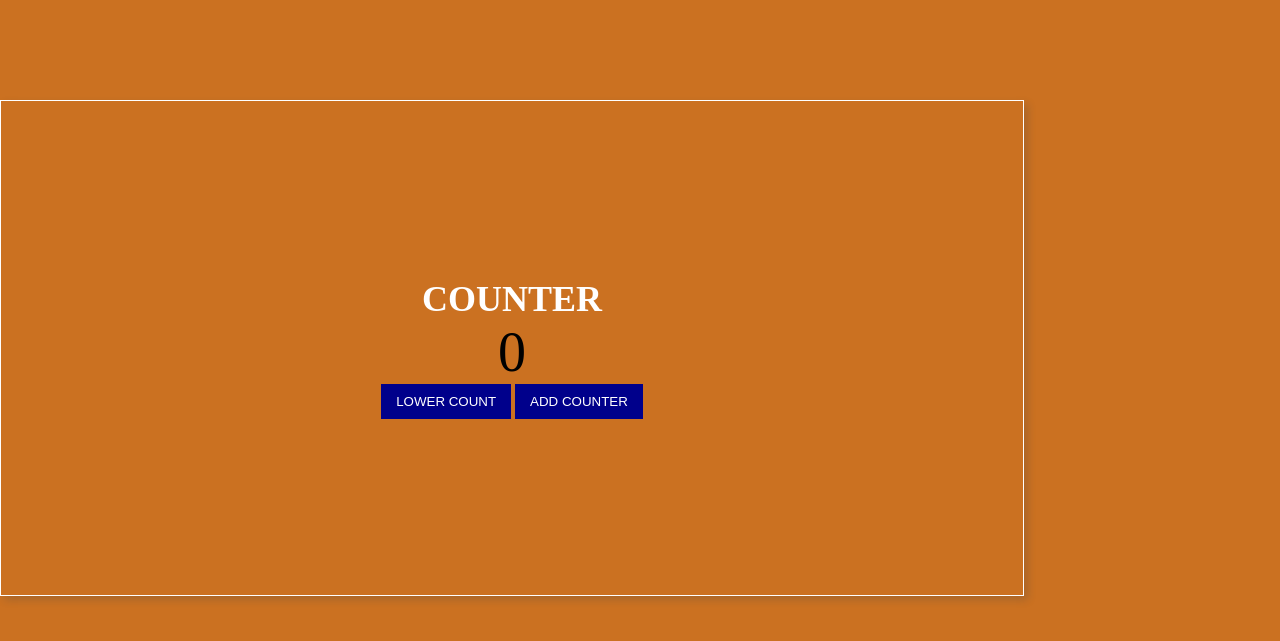
Repository: lusine-tech/counter
Page: index.html
These files come from the project's save history. The page is drawn as it stood at one moment and after the next save; the edit follows.
The browser window is 1280 px wide. The pictures show the whole page.

Above is the page before, as saved 2022-02-14 17:06:34.

### index.html
<!DOCTYPE html>
<html lang="en">
<head>
    <meta charset="UTF-8">
    <meta http-equiv="X-UA-Compatible" content="IE=edge">
    <meta name="viewport" content="width=device-width, initial-scale=1.0">
    <link rel="stylesheet" href="style.css">
    <title>counter</title>
</head>
<body>
    <section class="background">
        <div class="block">
            <h3 class="title">Counter</h3>
            <p class="num">0</p>
    <div class="buttons">
       <button class="btn" id="btn-left">lower count</button>
       <button class="btn" id="btn-right">add Counter</button>
    </div>
    </div>
    </section>
   <script src="/script.js"></script>
</body>
</html>

### style.css
*{
    margin: 0;
    padding: 0;
    box-sizing: border-box;
}

.background {
    height: 100vh;
    width: 100vw;
    background-color: #cb7121;
    text-align: center;
   padding-top: 100px;
}

.block {
    display: flex;
    justify-content: center;
    flex-direction: column;
    height: 80%;
    width: 80%;
    border: 1px solid #fff;
    padding: 50px 20px;
    -webkit-box-shadow: 4px 4px 8px 0px rgba(34, 60, 80, 0.2);
-moz-box-shadow: 4px 4px 8px 0px rgba(34, 60, 80, 0.2);
box-shadow: 4px 4px 8px 0px rgba(34, 60, 80, 0.2);
}
.title {
    color: #fff;
    font-size: 36px;
    text-transform: uppercase;
}
.num {
    font-size: 56px;
}
.btn {
    padding: 10px 15px;
    color: #fff;
        cursor: pointer;
    transition: 0.5s ease;
    border: none;
    outline: none;
    background-color: #00008B;
    text-transform: uppercase;
}

Loaded but not shown: script.js (no copy from this time; the picture is the same without it)

After the next save:
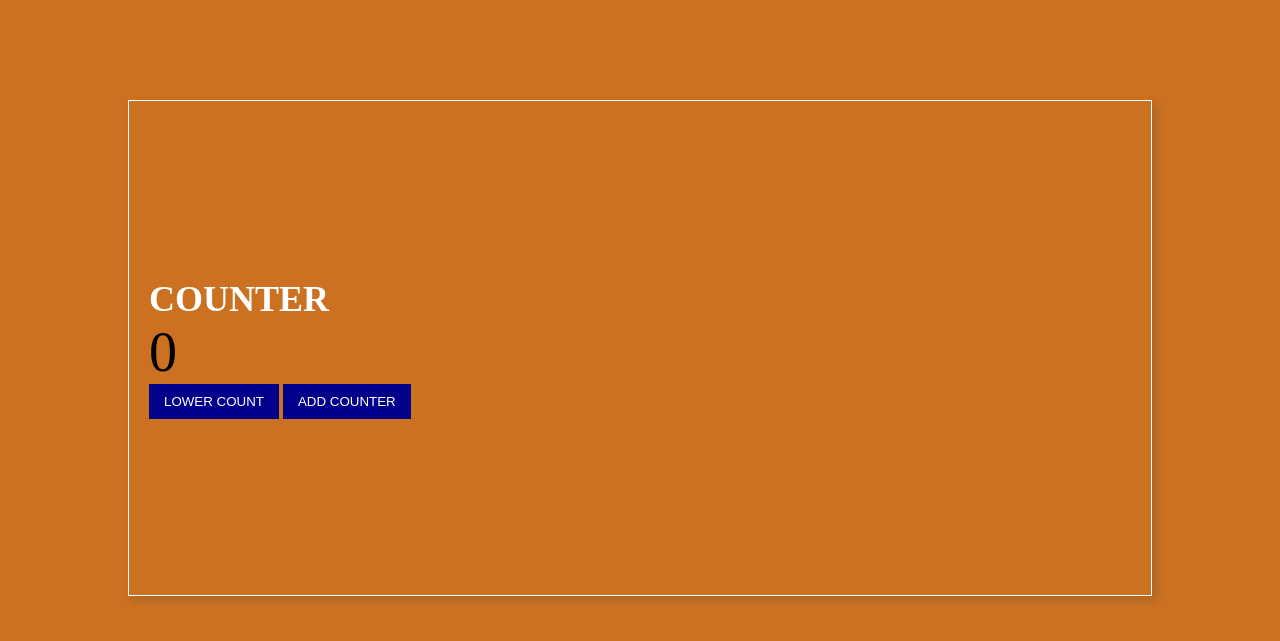
Saved 80 s later.
--- a/style.css
+++ b/style.css
@@ -8,7 +8,8 @@
     height: 100vh;
     width: 100vw;
     background-color: #cb7121;
-    text-align: center;
+    display: flex;
+   justify-content: center;
    padding-top: 100px;
 }
 
